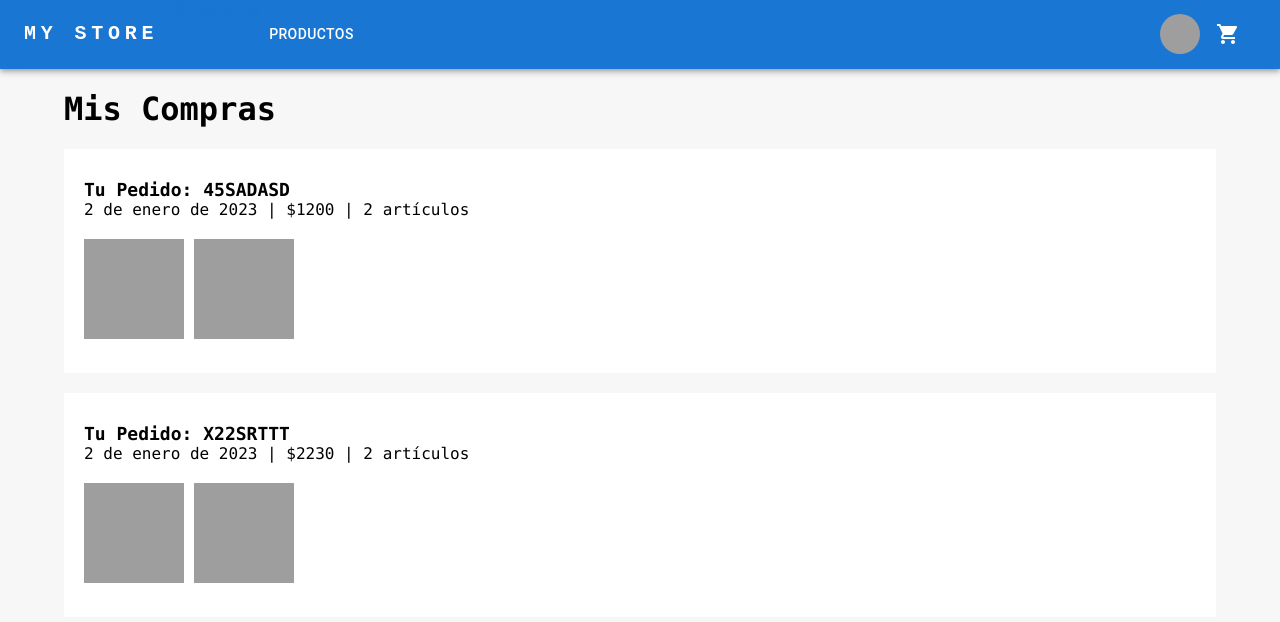
Repository: DanielBorussia/front-my-store
Page: /OrderList
The author's editor kept a copy of each file at every save. The page is drawn from the files as they stood at one save, then again after the next save.
The browser window is 1280 px wide. The pictures show the whole page.
Pictures or frames that could not be fetched are drawn as grey boxes. The project was rebuilt for these pictures with package versions that can differ from the ones it lists, and the page was loaded fresh each time. Also part of the build but not shown: src/components/OrderItem.js, src/containers/MyOrderPreview.js, src/components/ProductItem.js, src/hooks/useGetProducts.js, src/shared/Loading.js, src/containers/ProductList.js, src/pages/Home.js.

Above is the page before, as saved 2023-07-01 17:53:36.

### src/index.js
import React from 'react';
import ReactDOM from 'react-dom/client';
import './index.css';
import App from './routes/App';
import reportWebVitals from './reportWebVitals';

const root = ReactDOM.createRoot(document.getElementById('root'));
root.render(
  <React.StrictMode>
    <App />
  </React.StrictMode>
);

// If you want to start measuring performance in your app, pass a function
// to log results (for example: reportWebVitals(console.log))
// or send to an analytics endpoint. Learn more: https://bit.ly/CRA-vitals
reportWebVitals();

### src/index.css
body {
  margin: 0;
  -webkit-font-smoothing: antialiased;
  -moz-osx-font-smoothing: grayscale;
  font-family: source-code-pro, Menlo, Monaco, Consolas, "Courier New",
  monospace;
}

### src/routes/App.js
import React from 'react';
import { BrowserRouter, Routes, Route } from 'react-router-dom';
import useInitialState from '../hooks/useInitialState';
import AppContext from '../context/AppContext';
import Layout from '../containers/Layout';
import Home from '../pages/Home';
import ShoppingList from '../containers/ShoppingList';

const App = () => {
    const initialState = useInitialState();
    return (
        //encapsular la aplicacion para compartir la informacion
        <AppContext.Provider value={initialState}>
        <BrowserRouter>
            <Layout>
            <Routes>
                <Route exact path="/" element={<Home/>} />
                <Route exact path="/products" element={<Home/>} />
                <Route exact path="/orderList" element={<ShoppingList/>} />
            </Routes>
            </Layout>
        </BrowserRouter>
        </AppContext.Provider>

    );
}

export default App;

### src/hooks/useInitialState.js
import { useState } from 'react';

const initialState = {
    cart: [],
}

const useInitialState = () => {
    const [state, setState] = useState(initialState);

    const addToCart = (payload) => {
        setState({
            ...state,
            cart: [...state.cart, payload]
        });
    };

    const removeFromCart = (payload) => {
        setState({
            ...state,
            cart: state.cart.filter(item => item.id != payload.id),
        })
    }

    return {
        state,
        addToCart,
        removeFromCart
    }
}

export default useInitialState;

### src/containers/Layout.js
import React from 'react';
import Header from '../components/Header';
import './../styles/Layout.scss';

const Layout = ({ children }) => {
	return (
		<div className="Layout">
			<Header />
			<div className='Content'>
				{children}
			</div>
		</div>
	);
}

export default Layout;

### src/containers/ShoppingList.js
import { useState } from "react";
// UI
import ShoppingItem from "../components/ShoppingItem";
import { Box, Container } from "@mui/material";

const ShoppingList = () => {
    const [orders, setOrders] = useState([
        {
            id: 1,
            total: 1200,
            code: '45SADASD',
            products:[
                {
                    id: 1,
                    title: 'product 1',
                    image: 'https://assets.adidas.com/images/w_280,h_280,f_auto,q_auto:sensitive/d1d0a4a589d44010bb8daacd00a85d46_9366/FM3897_250_FM3897_01_laydown.jpg.jpg'
                },
                {
                    id: 2,
                    title: 'product 2',
                    image: 'https://assets.adidas.com/images/w_280,h_280,f_auto,q_auto:sensitive/42c462d2f5d94d80930bae6701225f46_9366/HG7757_120_HG7757_03_standard.jpg.jpg'
                }
            ]
        },
        {
            id: 2,
            total: 2230,
            code: 'X22SRTTT',
            products:[
                {
                    id: 1,
                    title: 'product 1',
                    image: 'https://assets.adidas.com/images/w_280,h_280,f_auto,q_auto:sensitive/edfc06406f30408e842cae1c00a35c9c_9366/H57793_640_H57793_01_standard.jpg.jpg'
                },
                {
                    id: 2,
                    title: 'product 2',
                    image: 'https://assets.adidas.com/images/w_280,h_280,f_auto,q_auto:sensitive/42c462d2f5d94d80930bae6701225f46_9366/HG7757_120_HG7757_03_standard.jpg.jpg'
                }
            ]
        }
    ]);

    return (
        <Container>
            <h1>Mis Compras</h1>
            <Box className="soppingList">
                {orders.map(order => (
                    <ShoppingItem order={order} key={order.id} />
                ))}
            </Box>

        </Container>
    );
}

export default ShoppingList;

### src/components/Header.js
import React, { useContext, useState } from 'react';
import { useNavigate } from "react-router-dom";
// UI
import AppBar from '@mui/material/AppBar';
import Box from '@mui/material/Box';
import Toolbar from '@mui/material/Toolbar';
import IconButton from '@mui/material/IconButton';
import Typography from '@mui/material/Typography';
import Menu from '@mui/material/Menu';
import MenuIcon from '@mui/icons-material/Menu';
import Container from '@mui/material/Container';
import Avatar from '@mui/material/Avatar';
import Button from '@mui/material/Button';
import Tooltip from '@mui/material/Tooltip';
import MenuItem from '@mui/material/MenuItem';
import AdbIcon from '@mui/icons-material/Adb';
import ShoppingCartIcon from '@mui/icons-material/ShoppingCart';
import AppContext from '../context/AppContext';
import MyOrderPreview from '../containers/MyOrderPreview';
import { Link } from '@mui/material';

const pages = ['Productos', 'Pedidos'];
const settings = ['Perfil', 'Mis Pedidos', 'Salir'];

const Header = () => {
    const { state } = useContext(AppContext);
    const [anchorElNav, setAnchorElNav] = useState(null);
    const [anchorElUser, setAnchorElUser] = useState(null);
    const [toggleOrderPreview, setToggleOrderPreview] = useState(false);
    const navigate = useNavigate();

    const handleOpenNavMenu = (event) => {
        setAnchorElNav(event.currentTarget);
    };

    const handleOpenUserMenu = (event) => {
        setAnchorElUser(event.currentTarget);
    };

    const handleCloseNavMenu = () => {
        setAnchorElNav(null);
    };

    const handleCloseUserMenu = () => {
        setAnchorElUser(null);
    };

    const handleClickNav = (link) => {
      navigate(link);
    }

    return (
    <AppBar position="static">
      <Container maxWidth="xl">
        <Toolbar disableGutters>
            {/* Logo */}
            <Typography
              variant="h6"
              noWrap
              component="a"
              href="/"
              sx={{
                mr: 2,
                display: { xs: 'none', md: 'flex' },
                fontFamily: 'monospace',
                fontWeight: 700,
                letterSpacing: '.3rem',
                color: 'inherit',
                textDecoration: 'none',
              }}
            >
              MY STORE
            </Typography>


          <Box sx={{ flexGrow: 1, display: { xs: 'flex', md: 'none' } }}>
            <IconButton
              size="large"
              aria-label="account of current user"
              aria-controls="menu-appbar"
              aria-haspopup="true"
              onClick={handleOpenNavMenu}
              color="inherit"
            >
              <MenuIcon />
            </IconButton>
            <Menu
              id="menu-appbar"
              anchorEl={anchorElNav}
              anchorOrigin={{
                vertical: 'bottom',
                horizontal: 'left',
              }}
              keepMounted
              transformOrigin={{
                vertical: 'top',
                horizontal: 'left',
              }}
              open={Boolean(anchorElNav)}
              onClose={handleCloseNavMenu}
              sx={{
                display: { xs: 'block', md: 'none' },
              }}
            >

              <MenuItem>
                <Link href={`/`}>
                  <Typography textAlign="center">Productos</Typography>
                </Link>
              </MenuItem>

            </Menu>
          </Box>
          <AdbIcon sx={{ display: { xs: 'flex', md: 'none' }, mr: 1 }} />

          {/* Logo Mobile */}
          <Typography
            variant="h5"
            noWrap
            component="a"
            href=""
            sx={{
              mr: 2,
              display: { xs: 'flex', md: 'none' },
              flexGrow: 1,
              fontFamily: 'monospace',
              fontWeight: 700,
              letterSpacing: '.3rem',
              color: 'inherit',
              textDecoration: 'none',
            }}
          >
            MY STORE
          </Typography>

          <Box sx={{ flexGrow: 1, display: { xs: 'none', md: 'flex' } }}>
            <Link href='/'>
              Productos
            </Link>
            <Button
                onClick={handleClickNav('/products')}
                sx={{ my: 2, color: 'white', display: 'block' }}
              >
                Productos
              </Button>

          </Box>

          <Box sx={{ flexGrow: 0 }}>
            <Tooltip title="Open settings">
              <IconButton onClick={handleOpenUserMenu} sx={{ p: 0 }}>
                <Avatar alt="Remy Sharp" src="/static/images/avatar/2.jpg" />
              </IconButton>
            </Tooltip>
            <Menu
              sx={{ mt: '45px' }}
              id="menu-appbar"
              anchorEl={anchorElUser}
              anchorOrigin={{
                vertical: 'top',
                horizontal: 'right',
              }}
              keepMounted
              transformOrigin={{
                vertical: 'top',
                horizontal: 'right',
              }}
              open={Boolean(anchorElUser)}
              onClose={handleCloseUserMenu}
            >
              {settings.map((setting) => (
                <MenuItem key={setting} onClick={handleCloseUserMenu}>
                  <Typography textAlign="center">{setting}</Typography>
                </MenuItem>
              ))}
            </Menu>
          </Box>
          <Box sx={{ margin: 2 }}>
            <Tooltip title="Car">
              <IconButton  onClick={() => setToggleOrderPreview(!toggleOrderPreview)} color="inherit" sx={{ p: 0 }}>
               <ShoppingCartIcon />
               {state.cart.length > 0 ? <div>{state.cart.length}</div>  : null}
              </IconButton>
            </Tooltip>
          </Box>
        </Toolbar>
      </Container>
      {toggleOrderPreview && <MyOrderPreview />}
    </AppBar>
  );
}

export default Header;

### src/styles/Layout.scss
.Layout{
    background-color: #f7f7f7;
    height: 100vh;
}

### src/components/ShoppingItem.js
import React from 'react';
// UI
import { Box } from '@mui/material';
// Styles Component
import './../styles/ShoppingItem.scss';

const ShoppingItem = ({ order }) => {
    return (
        <section className='shoppingItem'>
            <Box className="shoppingItem__info">
                <span>Tu Pedido: {order.code}</span>
                <Box className="shoppingItem__info--details">
                    2 de enero de 2023 | ${order.total} | {order.products.length } artículos
                </Box>
            </Box>
            <Box className="shoppingItem__content">
                <Box className="shoppingItem__products">
                    {order.products.map(product => (
                        <Box className="shoppingProductItem">
                            <img src={product.image} />
                        </Box>
                    ))}
                </Box>
            </Box>
        </section>
    );
}

export default ShoppingItem;

### src/styles/ProductList.scss
@import 'vars';

.productList {
	display: grid;
	grid-template-columns: repeat(auto-fill, 240px);
	gap: 26px;
	place-content: center;
	margin: 3em 0 0 0;
}

@media (max-width: 640px) {
	.productList {
		grid-template-columns: repeat(auto-fill, 140px);
	}
}

### src/styles/ShoppingItem.scss
.shoppingItem{
    background-color: white;
    padding: 30px 20px;
    margin-bottom: 20px;
    .shoppingItem__info{
        span{
            font-weight: 700;
            font-size: 18px;
        }
    }

    .shoppingItem__info--details{
        margin-bottom: 20px;
    }

    .shoppingItem__products{
        display: flex;
        .shoppingProductItem{
            margin-right: 10px;
            img{
                width: 100px;
                height: 100px;
                object-fit: cover;
                cursor: pointer;
            }
        }
    }
}

### src/styles/MyOrderPreview.scss
@import 'vars';

.myOrderPreview {
	transition: all 0.25s;
    -webkit-transition: all 0.25s;
	overflow:hidden;
    background: #fff;
	width: 360px;
	height: 100%;
	padding: 24px;
	box-sizing: border-box;
	position: absolute;
	right: 0;
	top: 69px;
	border-radius: 6px;
	bottom: 0;
	z-index: 1;
	border: 1px solid var(--very-light-pink);
    .myOrderPreview__title {
        display: flex;
        font-size: var(--lg);
	    font-weight: bold;
		color: var(--black);
        img {
            margin-right: 14px;
         }
    }
}



.myOrderPreview__resume {
	display: grid;
	grid-template-columns: auto 1fr;
	gap: 16px;
	align-items: center;
	background-color: var(--text-input-field);
	margin-bottom: 24px;
	border-radius: 8px;
	padding: 0 24px;
	color: var(--black);

	.myOrderPreview__resume--label {
		font-size: var(--md);
		font-weight: bold;
	}
	.myOrderPreview__resume--value {
		text-align: end;
		font-weight: bold;
	}
}

.primary-button {
	background-color: var(--hospital-green);
	border-radius: 8px;
	border: none;
	color: var(--white);
	width: 100%;
	cursor: pointer;
	font-size: var(--md);
	font-weight: bold;
	height: 50px;
}
@media (max-width: 640px) {
	.myOrderPreview {
		width: 100%;
	}
}

### src/styles/ProductItem.scss
@import 'vars';

.productItem {
	width: 240px;
}
.productItem img {
	width: 240px;
	height: 240px;
	border-radius: 20px;
	object-fit: cover;
	cursor: pointer;
}
.productItem__info {
	cursor: pointer;
	display: flex;
	justify-content: space-between;
	align-items: center;
	margin-top: 12px;
}
.productItem__info figure {
	margin: 0;
}
.productItem__info figure img {
	width: 35px;
	height: 35px;
}
.productItem__info div p:nth-child(1) {
	font-weight: bold;
	font-size: var(--md);
	margin-top: 0;
	margin-bottom: 4px;
}
.productItem__info div p:nth-child(2) {
	font-size: var(--sm);
	margin-top: 0;
	margin-bottom: 0;
	color: var(--very-light-pink);
}
@media (max-width: 640px) {
	.cards-container {
		grid-template-columns: repeat(auto-fill, 140px);
	}
	.ProductItem {
		width: 140px;
	}
	.ProductItem img {
		width: 140px;
		height: 140px;
	}
}

### src/styles/_vars.scss
:root {
	--white: #FFFFFF;
	--black: #000000;
	--very-light-pink: #C7C7C7;
	--text-input-field: #F7F7F7;
	--hospital-green: #ACD9B2;
	--sm: 14px;
	--md: 16px;
	--lg: 18px;
}

### src/styles/OrderItem.scss
@import 'vars';

.orderItem {
	display: grid;
	grid-template-columns: auto 1fr auto auto;
	gap: 16px;
	margin-bottom: 24px;
	align-items: center;
    .orderItem__image img{
        width: 70px;
        height: 70px;
        border-radius: 20px;
        object-fit: cover;
    }
    .orderItem__information--title{
        color: var(--very-light-pink);
    }
    .orderItem__information--price{
        font-size: var(--md);
        font-weight: bold;
        color: var(--black);
    }
}

Loaded but not shown: public/index.html (common file); src/reportWebVitals.js (common file); src/context/AppContext.js (common file)

After the next save:
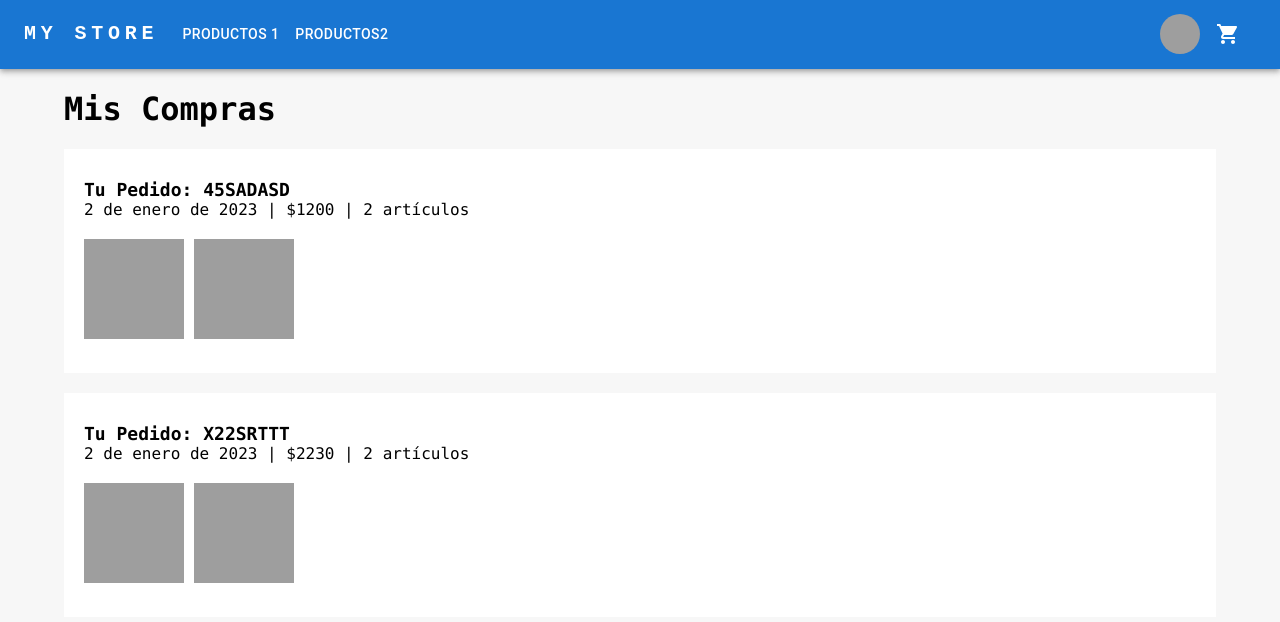
Saved 45 s later.
--- a/src/components/Header.js
+++ b/src/components/Header.js
@@ -134,14 +134,19 @@ const Header = () => {
           </Typography>
 
           <Box sx={{ flexGrow: 1, display: { xs: 'none', md: 'flex' } }}>
-            <Link href='/'>
-              Productos
+            <Link href='/products'>
+            <Button
+                onClick={handleClickNav('/products')}
+                sx={{ my: 2, color: 'white', display: 'block' }}
+              >
+                Productos 1
+              </Button>
             </Link>
             <Button
                 onClick={handleClickNav('/products')}
                 sx={{ my: 2, color: 'white', display: 'block' }}
               >
-                Productos
+                Productos2
               </Button>
 
           </Box>
